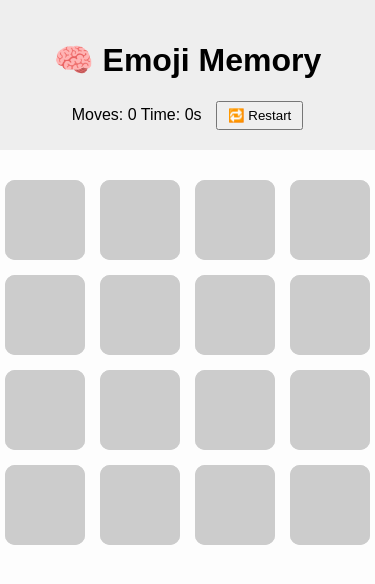
Repository: alokanand524/anand-portfolio
Page: games/emoji-memory/index.html
These files come from the project's save history. The page is drawn as it stood at one moment and after the next save; the edit follows.
The browser window is 375 px wide. The pictures show the whole page.

Above is the page before, as saved 2025-07-31 14:23:11.

### games/emoji-memory/index.html
<!DOCTYPE html>
<html lang="en">
<head>
  <meta charset="UTF-8">
  <title>Emoji Memory Flip Game</title>
  <link rel="stylesheet" href="style.css">
</head>
<body>
  <div class="game-header">
    <h1>🧠 Emoji Memory</h1>
    <div class="stats">
      <span id="moves">Moves: 0</span>
      <span id="timer">Time: 0s</span>
      <button id="reset">🔁 Restart</button>
    </div>
  </div>

  <div class="game-board" id="gameBoard"></div>

  <div class="win-screen" id="winScreen">
    <h2>🎉 You Win!</h2>
    <p>Time: <span id="finalTime"></span></p>
    <p>Moves: <span id="finalMoves"></span></p>
    <button onclick="location.reload()">Play Again</button>
  </div>

  <script src="https://code.jquery.com/jquery-3.6.0.min.js"></script>
  <script src="script.js"></script>
</body>
</html>

### games/emoji-memory/style.css
body {
  font-family: sans-serif;
  background: #fdfdfd;
  text-align: center;
  margin: 0;
  padding: 0;
}

.game-header {
  padding: 20px;
  background: #eee;
}

.stats {
  margin-top: 10px;
}

#reset {
  padding: 5px 10px;
  margin-left: 10px;
  cursor: pointer;
}

.game-board {
  display: grid;
  grid-template-columns: repeat(4, 80px);
  grid-gap: 15px;
  justify-content: center;
  padding: 30px;
}

.card {
  width: 80px;
  height: 80px;
  font-size: 2rem;
  background-color: #ccc;
  border-radius: 10px;
  cursor: pointer;
  position: relative;
  transform-style: preserve-3d;
  transition: transform 0.5s;
}

.card.flip {
  transform: rotateY(180deg);
}

.card .front,
.card .back {
  position: absolute;
  width: 100%;
  height: 100%;
  line-height: 80px;
  backface-visibility: hidden;
  border-radius: 10px;
}

.card .front {
  background: #ccc;
}

.card .back {
  background: white;
  transform: rotateY(180deg);
}

.win-screen {
  display: none;
  position: fixed;
  top: 30%;
  left: 50%;
  transform: translateX(-50%);
  background: #fff;
  padding: 30px;
  border: 2px solid #333;
  box-shadow: 0 0 10px rgba(0,0,0,0.3);
}

### games/emoji-memory/script.js
const emojis = ["🍕", "🎮", "🚀", "🐶", "🌈", "⚽", "🎧", "🍩"];
let deck = [...emojis, ...emojis];
let flippedCards = [];
let matched = 0;
let moves = 0;
let timer;
let seconds = 0;
let timerStarted = false;

$(document).ready(function () {
  shuffle(deck);
  createBoard();

  $("#reset").click(() => location.reload());

  $(".card").click(function () {
    if (!timerStarted) {
      startTimer();
      timerStarted = true;
    }

    if ($(this).hasClass("flip") || flippedCards.length === 2) return;

    $(this).addClass("flip");
    flippedCards.push($(this));

    if (flippedCards.length === 2) {
      moves++;
      $("#moves").text("Moves: " + moves);
      checkMatch();
    }
  });
});

function createBoard() {
  deck.forEach(emoji => {
    $("#gameBoard").append(`
      <div class="card">
        <div class="front"></div>
        <div class="back">${emoji}</div>
      </div>
    `);
  });
}

function shuffle(array) {
  array.sort(() => 0.5 - Math.random());
}

function checkMatch() {
  const [card1, card2] = flippedCards;
  if (card1.find(".back").text() === card2.find(".back").text()) {
    matched += 2;
    flippedCards = [];

    if (matched === deck.length) {
      clearInterval(timer);
      $("#finalTime").text(seconds + "s");
      $("#finalMoves").text(moves);
      $("#winScreen").fadeIn();
    }
  } else {
    setTimeout(() => {
      card1.removeClass("flip");
      card2.removeClass("flip");
      flippedCards = [];
    }, 1000);
  }
}

function startTimer() {
  timer = setInterval(() => {
    seconds++;
    $("#timer").text("Time: " + seconds + "s");
  }, 1000);
}

After the next save:
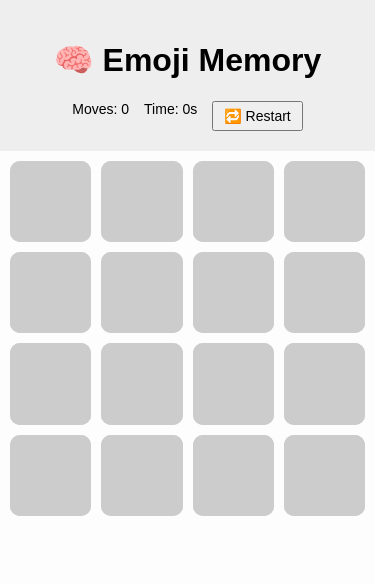
Saved 3 min 6 s later.
--- a/games/emoji-memory/style.css
+++ b/games/emoji-memory/style.css
@@ -13,25 +13,31 @@
 
 .stats {
   margin-top: 10px;
+  display: flex;
+  justify-content: center;
+  gap: 15px;
+  flex-wrap: wrap;
 }
 
 #reset {
-  padding: 5px 10px;
-  margin-left: 10px;
+  padding: 6px 12px;
+  font-size: 16px;
   cursor: pointer;
 }
 
 .game-board {
   display: grid;
-  grid-template-columns: repeat(4, 80px);
-  grid-gap: 15px;
+  grid-template-columns: repeat(auto-fit, minmax(70px, 1fr));
+  gap: 12px;
   justify-content: center;
-  padding: 30px;
+  padding: 20px;
+  max-width: 500px;
+  margin: 0 auto;
 }
 
 .card {
-  width: 80px;
-  height: 80px;
+  width: 100%;
+  aspect-ratio: 1 / 1;
   font-size: 2rem;
   background-color: #ccc;
   border-radius: 10px;
@@ -50,9 +56,13 @@
   position: absolute;
   width: 100%;
   height: 100%;
-  line-height: 80px;
+  line-height: 1;
+  display: flex;
+  align-items: center;
+  justify-content: center;
   backface-visibility: hidden;
   border-radius: 10px;
+  font-size: 2.2rem;
 }
 
 .card .front {
@@ -74,4 +84,29 @@
   padding: 30px;
   border: 2px solid #333;
   box-shadow: 0 0 10px rgba(0,0,0,0.3);
+  z-index: 999;
+  width: 80%;
+  max-width: 400px;
 }
+
+/* 🎯 Responsive Media Queries */
+@media screen and (max-width: 600px) {
+  .card {
+    font-size: 1.5rem;
+  }
+
+  .game-board {
+    grid-template-columns: repeat(4, 1fr);
+    gap: 10px;
+    padding: 10px;
+  }
+
+  #reset {
+    font-size: 14px;
+    padding: 5px 10px;
+  }
+
+  .stats {
+    font-size: 14px;
+  }
+}

After the save that followed:
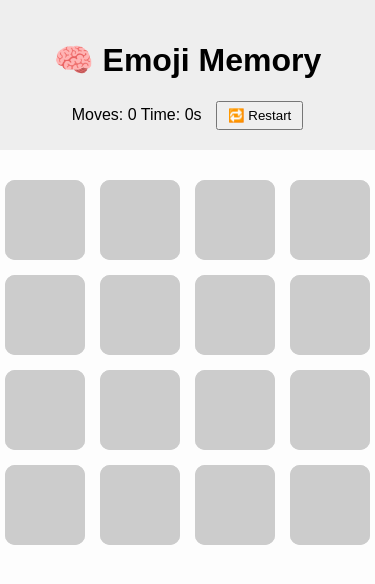
Saved 19 s later.
--- a/games/emoji-memory/style.css
+++ b/games/emoji-memory/style.css
@@ -13,31 +13,25 @@
 
 .stats {
   margin-top: 10px;
-  display: flex;
-  justify-content: center;
-  gap: 15px;
-  flex-wrap: wrap;
 }
 
 #reset {
-  padding: 6px 12px;
-  font-size: 16px;
+  padding: 5px 10px;
+  margin-left: 10px;
   cursor: pointer;
 }
 
 .game-board {
   display: grid;
-  grid-template-columns: repeat(auto-fit, minmax(70px, 1fr));
-  gap: 12px;
+  grid-template-columns: repeat(4, 80px);
+  grid-gap: 15px;
   justify-content: center;
-  padding: 20px;
-  max-width: 500px;
-  margin: 0 auto;
+  padding: 30px;
 }
 
 .card {
-  width: 100%;
-  aspect-ratio: 1 / 1;
+  width: 80px;
+  height: 80px;
   font-size: 2rem;
   background-color: #ccc;
   border-radius: 10px;
@@ -56,13 +50,9 @@
   position: absolute;
   width: 100%;
   height: 100%;
-  line-height: 1;
-  display: flex;
-  align-items: center;
-  justify-content: center;
+  line-height: 80px;
   backface-visibility: hidden;
   border-radius: 10px;
-  font-size: 2.2rem;
 }
 
 .card .front {
@@ -84,29 +74,4 @@
   padding: 30px;
   border: 2px solid #333;
   box-shadow: 0 0 10px rgba(0,0,0,0.3);
-  z-index: 999;
-  width: 80%;
-  max-width: 400px;
 }
-
-/* 🎯 Responsive Media Queries */
-@media screen and (max-width: 600px) {
-  .card {
-    font-size: 1.5rem;
-  }
-
-  .game-board {
-    grid-template-columns: repeat(4, 1fr);
-    gap: 10px;
-    padding: 10px;
-  }
-
-  #reset {
-    font-size: 14px;
-    padding: 5px 10px;
-  }
-
-  .stats {
-    font-size: 14px;
-  }
-}
